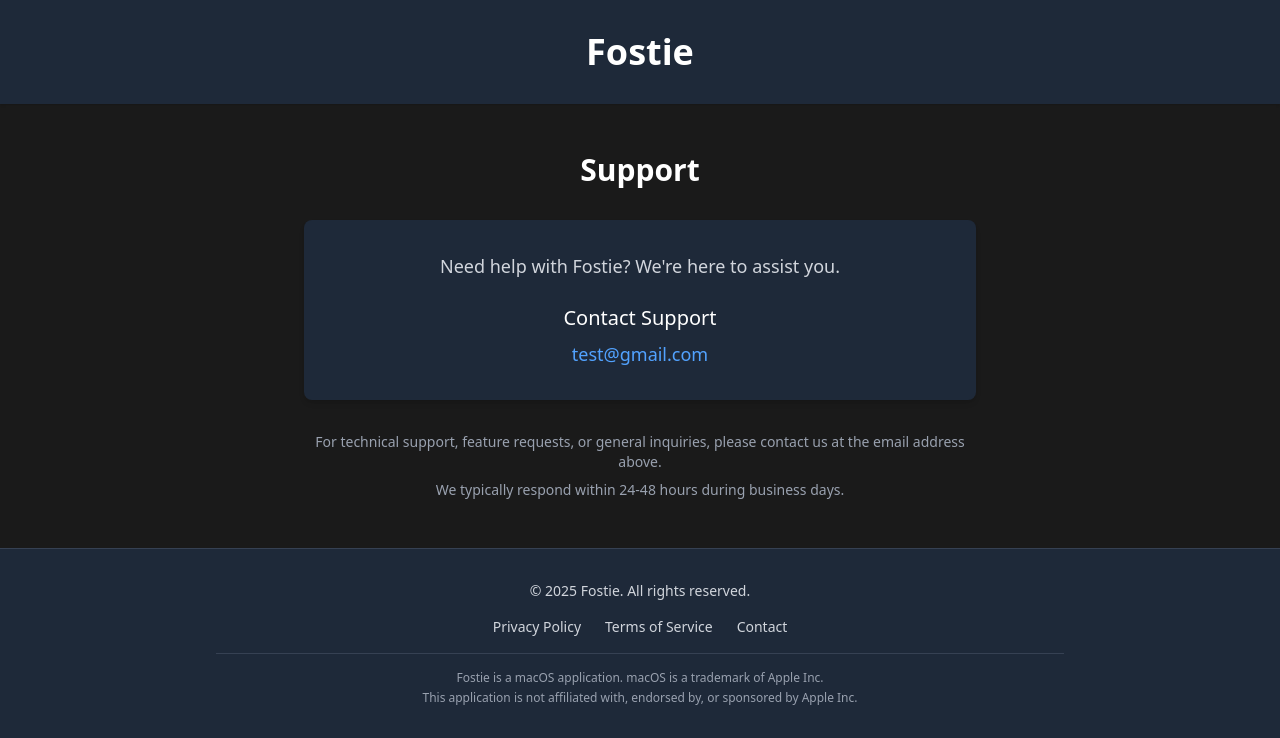
Repository: atimael/fostie-web
Page: /
The author's editor kept a copy of each file at every save. The page is drawn from the files as they stood at one save, then again after the next save.
The browser window is 1280 px wide. The pictures show the whole page.
The project was rebuilt for these pictures with package versions that can differ from the ones it lists, and the page was loaded fresh each time. The framework's server and built-in components were replaced by stand-ins that run in the browser. Also part of the build but not shown: next.config.js.

Above is the page before, as saved 2025-05-26 21:45:33.

After the next save:
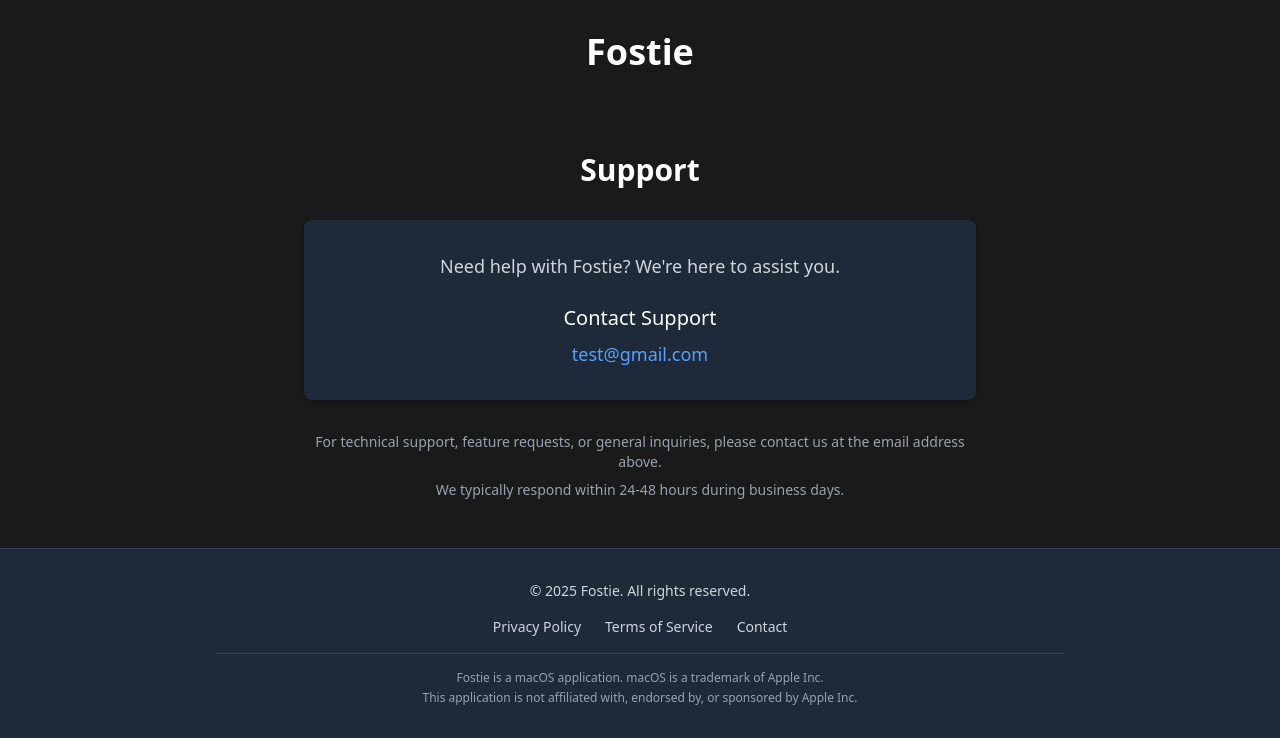
Saved 2 min 7 s later.
--- a/components/header.tsx
+++ b/components/header.tsx
@@ -1,6 +1,6 @@
 export default function Header() {
   return (
-    <header className="bg-white dark:bg-gray-800 shadow-sm">
+    <header className="">
       <div className="max-w-4xl mx-auto px-6 py-8">
         <h1 className="text-4xl font-bold text-gray-900 dark:text-white text-center">
           Fostie
